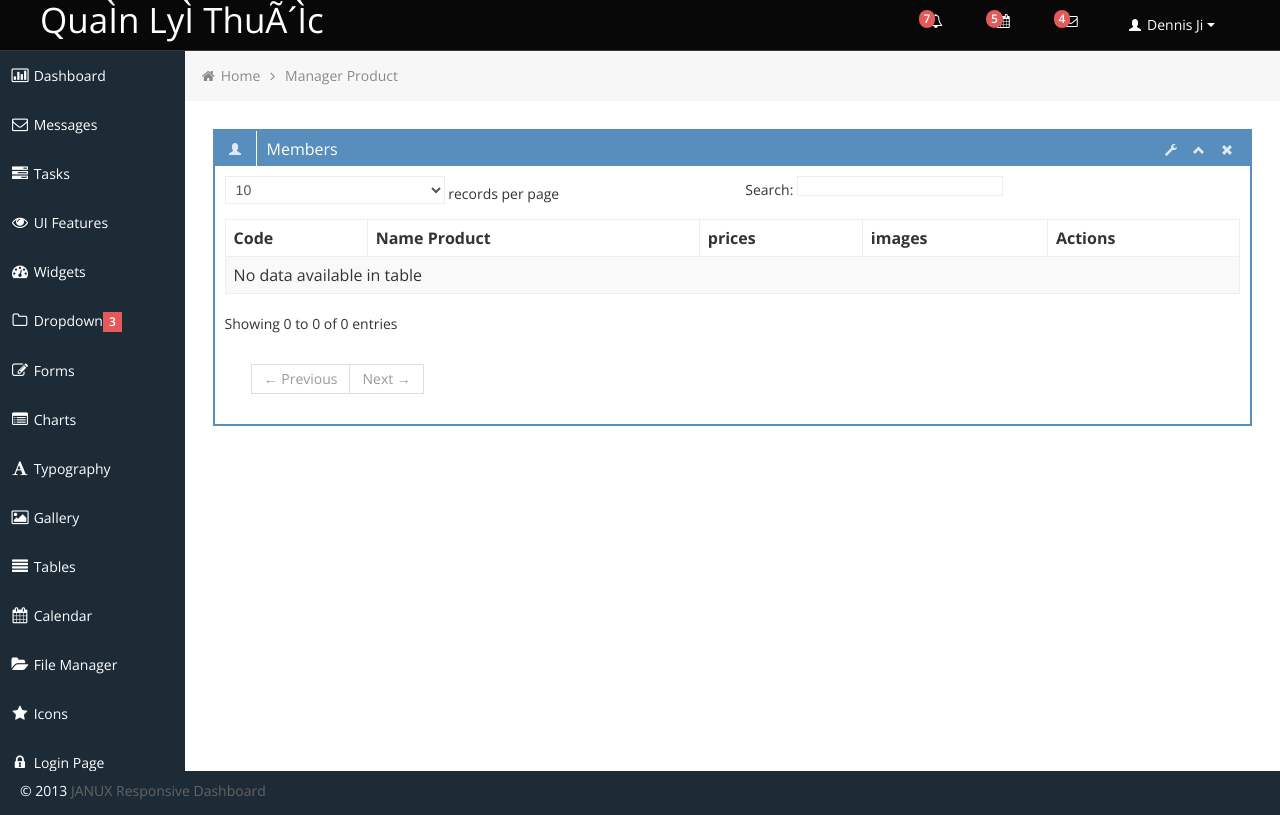
Repository: quangqt/QuanLyThuoc
Page: http://localhost/QuanLyThuoc/
An editor plug-in stored every save of this project. The page is shown before and after the next save, followed by the edit.
The browser window is 1280 px wide. The pictures show the whole page.
The page is served by Tomcat 9. Queries for data that is not in the repository find no rows.

Above is the page before, as saved 2018-05-02 03:24:04.

After the next save:
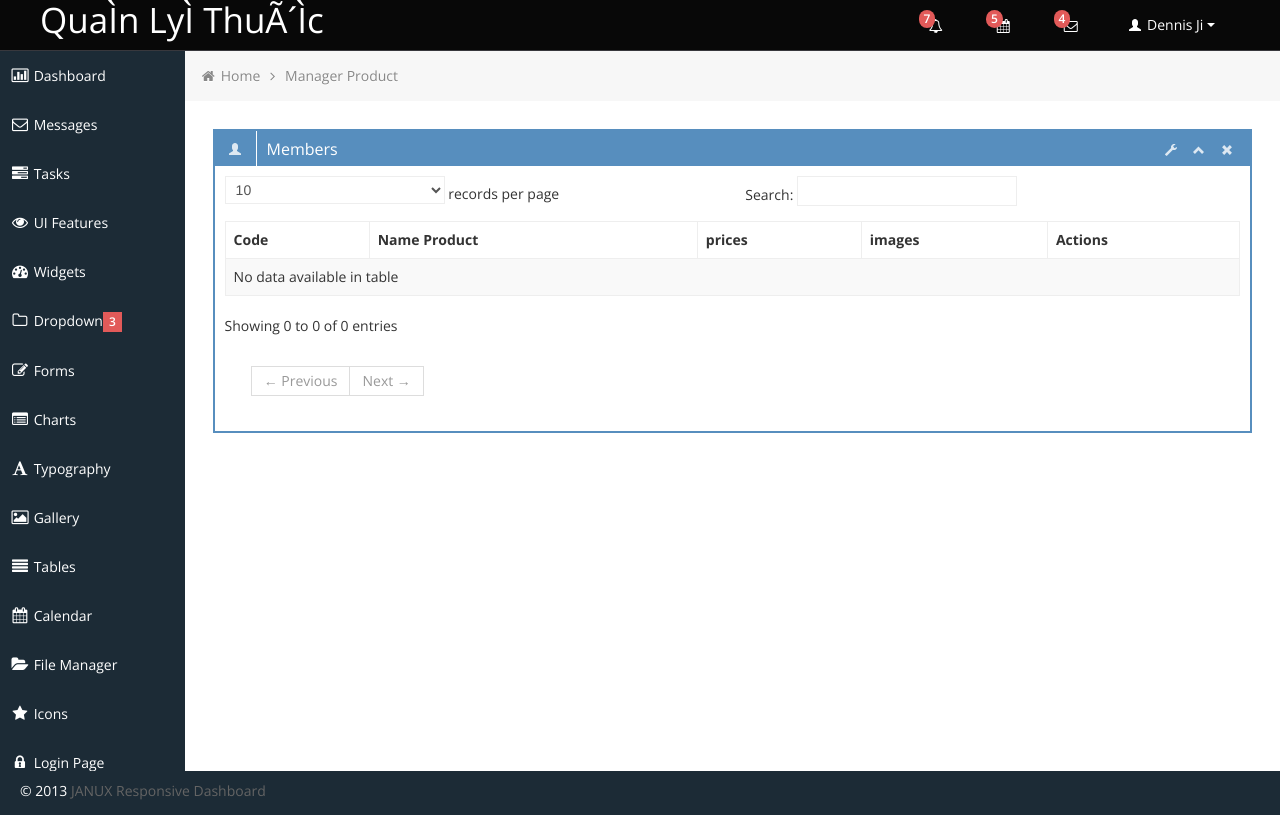
Saved 10 s later.
--- a/web-duoc/QuanLyThuoc/WebContent/WEB-INF/admin/managerProduct.jsp
+++ b/web-duoc/QuanLyThuoc/WebContent/WEB-INF/admin/managerProduct.jsp
@@ -1,10 +1,9 @@
 <%@ taglib uri="http://java.sun.com/jsp/jstl/core" prefix="c" %>
 <%@ page language="java" contentType="text/html; charset=UTF-8" pageEncoding="UTF-8"%>
-<meta http-equiv="Content-Type" content="text/html; charset=UTF-8">
+
 <!DOCTYPE html>
 <html>
 <head>
-<meta http-equiv="Content-Type" content="text/html; charset=ISO-8859-1">
 <meta http-equiv="Content-Type" content="text/html; charset=UTF-8">
 <title>Insert title here</title>
 </head>
